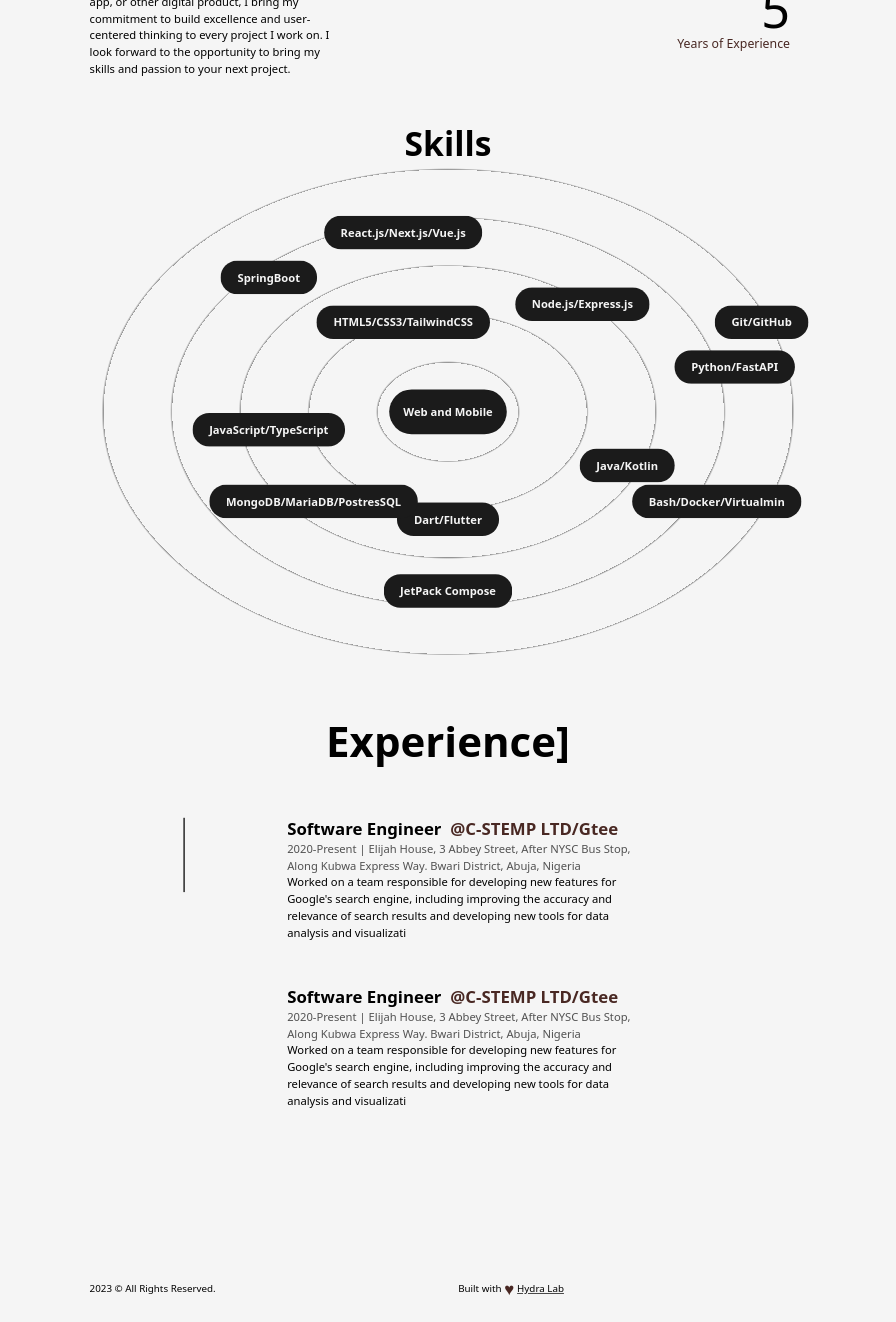
Repository: marcusdashe/situs
Page: /about
An editor plug-in stored every save of this project. The page is shown before and after the next save, followed by the edit.
The browser window is 1280 px wide. The pictures show the part of the page from y = 726 to 2646 px (the page is 2614 px tall before and 2646 px after), at 70% of full size.
The project was rebuilt for these pictures with package versions that can differ from the ones it lists, and the page was loaded fresh each time. The framework's server and built-in components were replaced by stand-ins that run in the browser.

Above is the page before, as saved 2023-07-23 14:01:04.

After the next save:
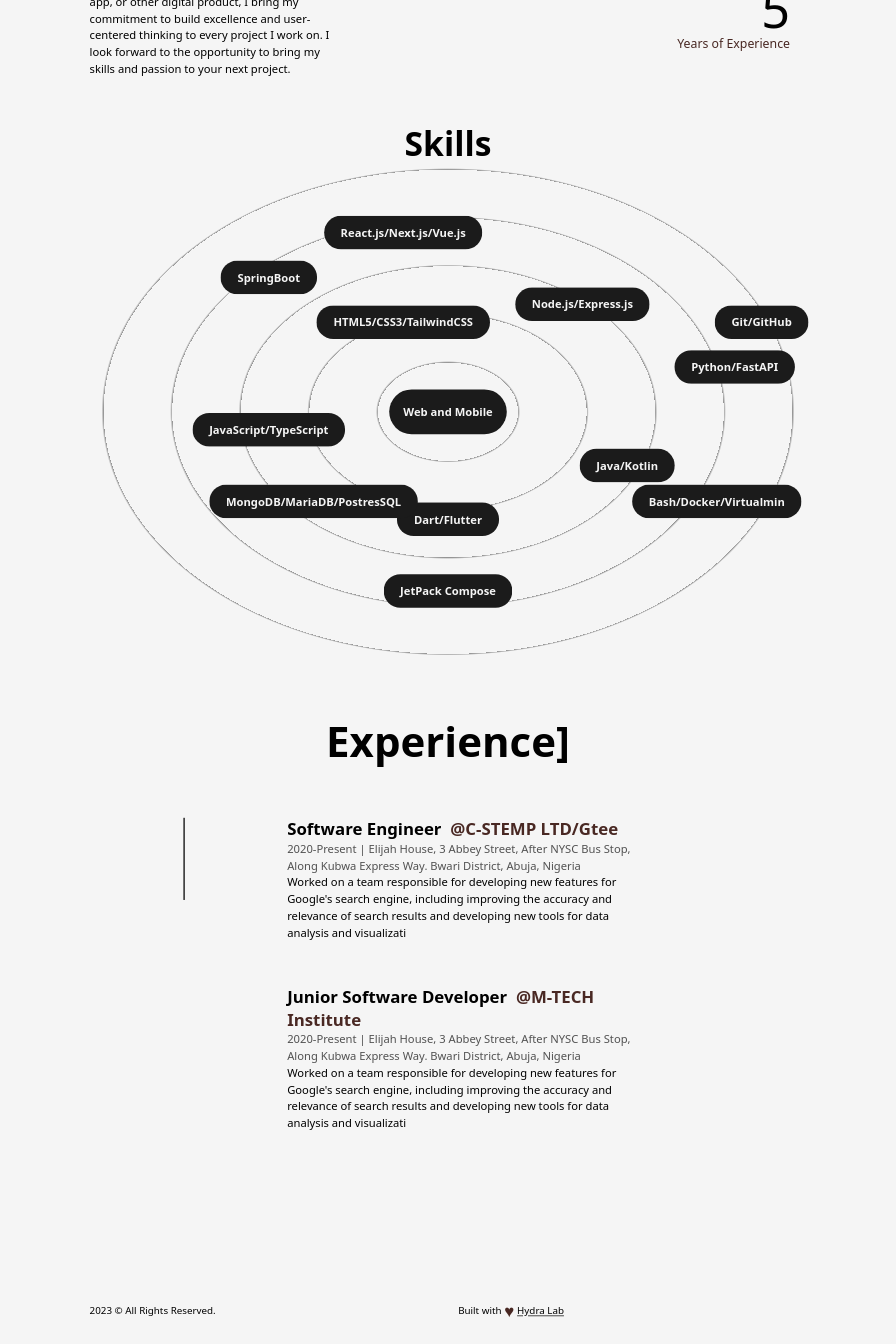
Saved 3 min 8 s later.
--- a/src/components/Experience.jsx
+++ b/src/components/Experience.jsx
@@ -57,9 +57,9 @@ developing new tools for data analysis and visualizati
           />
 
           <Details
-            position="Software Engineer"
-            companyLink="https://www.cstemp.org"
-            company="C-STEMP LTD/Gtee"
+            position="Junior Software Developer"
+            companyLink="#"
+            company="M-TECH Institute"
             time="2020-Present"
             address="Elijah House, 3 Abbey Street, after NYSC Bus Stop, Along Kubwa Express Way. Bwari District, Abuja, Nigeria"
             work="
